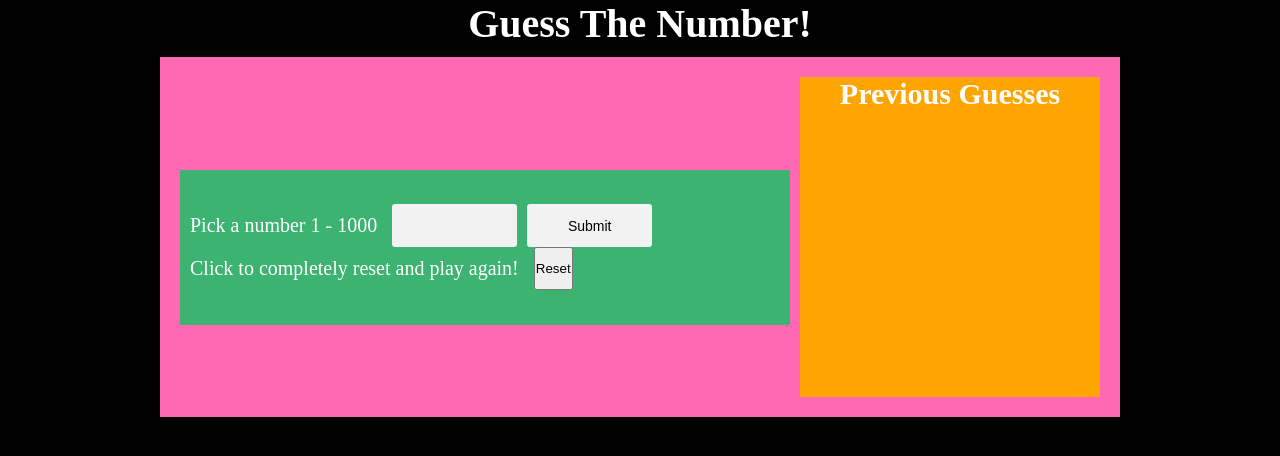
Repository: mlmEFSC21/P14-Guessing-Game
Page: guess.html
The author's editor kept a copy of each file at every save. The page is drawn from the files as they stood at one save, then again after the next save.
The browser window is 1280 px wide. The pictures show the whole page.

Above is the page before, as saved 2022-03-19 13:54:29.

After the next save:
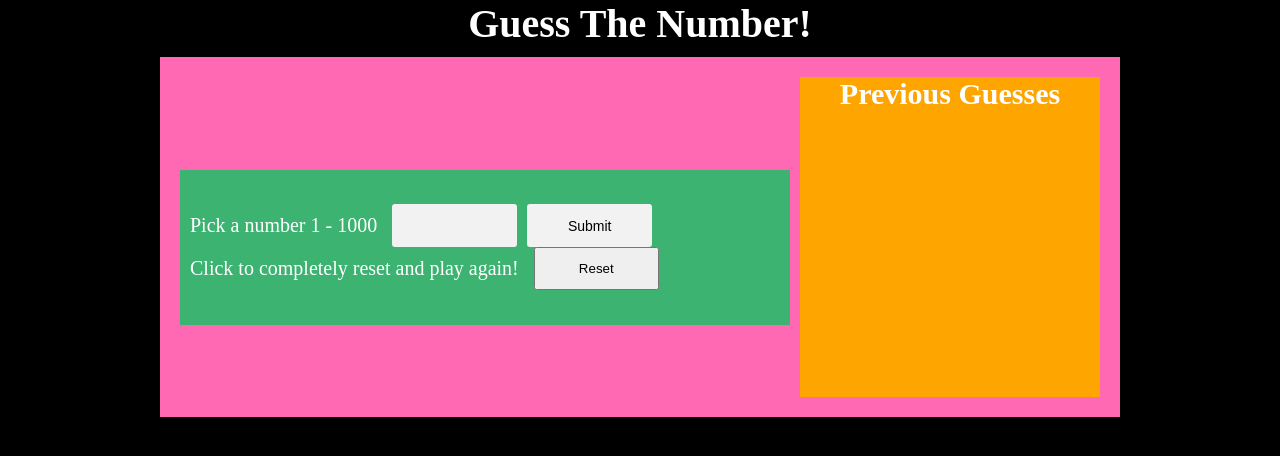
Saved 36 s later.
--- a/guess.css
+++ b/guess.css
@@ -74,3 +74,6 @@ input {
     grid-row: 1 / 5;
     align-items: center;
 }
+button {
+    width: 125px;
+}
